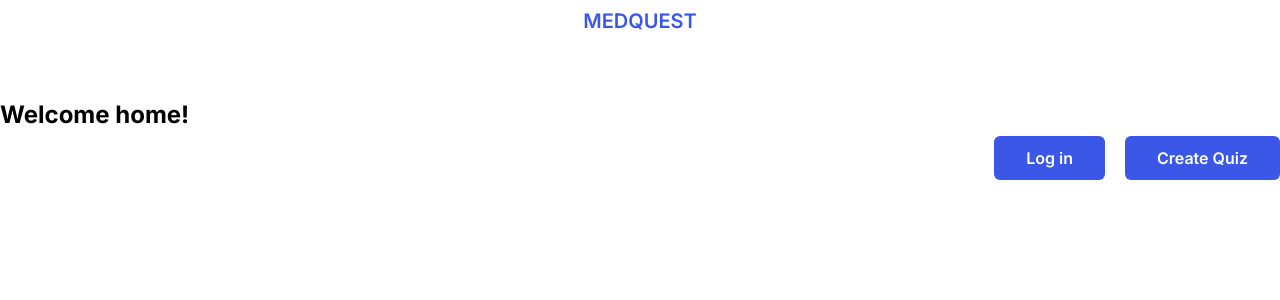
Repository: softmindsol/mediquest-FE
Page: /landing-page
The author's editor kept a copy of each file at every save. The page is drawn from the files as they stood at one save, then again after a run of saves.
The browser window is 1280 px wide. The pictures show the whole page.
The page's requests for data from a server got no answer. The project was rebuilt for these pictures with package versions that can differ from the ones it lists, and the page was loaded fresh each time. No one was signed in, and anything a server would have sent is missing. Also part of the build but not shown: vite.config.js, src/components/Button.jsx, src/components/Footer.jsx, src/schema/auth.schema.js, src/pages/authentication/Login.jsx, src/pages/authentication/SignUp.jsx, src/components/Notification/index.jsx, src/pages/email-confirmation/EmailConfirmation.jsx and 24 more.

Above is the page before, as saved 2024-10-28 15:42:43.

### src/main.jsx
import { StrictMode } from "react";
import { createRoot } from "react-dom/client";
import { Toaster } from "react-hot-toast";
import { Provider } from "react-redux";
import App from "./App.jsx";
import "./index.css";
import store from "./store/index.js";

createRoot(document.getElementById("root")).render(
  <StrictMode>
    <Provider store={store}>
      <Toaster
        position="top-right"
        toastOptions={{
          duration: 4000,
          style: {
            padding: "16px",
            color: "#343A40",
          },
        }}
      />
      <App />
    </Provider>
  </StrictMode>
);

### src/App.jsx
import React, { useEffect } from "react";
import {
  BrowserRouter as Router,
  Routes,
  Route,
  Navigate,
} from "react-router-dom";
import { useDispatch, useSelector } from "react-redux"; // Import useSelector
import Login from "./pages/authentication/Login";
import SignUp from "./pages/authentication/SignUp";
import EmailConfirmation from "./pages/email-confirmation/EmailConfirmation";
import Home from "./pages/Home/Home";
import Question from "./pages/questionstemplate/Questions";
import Settings from "./pages/settings/settings";
import Subscription from "./pages/subscription/Subscription";
import Topic from "./pages/Topic/Topic";
import ProtectedRoute from "./components/ProtectedRoute";
import { verifyToken } from "./store/features/auth/auth.service";
import VerifyEmail from "./pages/authentication/VerifyEmail";
import NonProtectedRoute from "./components/NonProtectedRoute";
import SummaryPage from "./pages/summary/Summary";
import ErrorPage from "./pages/ErrorPage";
import LandingPage from "./pages/landingpage/LandingPage";

function App() {
  const dispatch = useDispatch();
  const isLoggedIn = useSelector((state) => state?.user?.isLoggedIn);

  useEffect(() => {
    if (!isLoggedIn) {
      dispatch(verifyToken());
    }
  }, [dispatch, isLoggedIn]);

  return (
    <Router>
      <Routes>
        <Route
          path="/log-in"
          element={
            <NonProtectedRoute>
              <Login />
            </NonProtectedRoute>
          }
        />
        <Route
          path="/sign-up"
          element={
            <NonProtectedRoute>
              <SignUp />
            </NonProtectedRoute>
          }
        />
        <Route
          path="/email-confirmation"
          element={
            <NonProtectedRoute>
              <EmailConfirmation />
            </NonProtectedRoute>
          }
        />

        <Route
          path="/"
          element={
            <ProtectedRoute>
              <Home />
            </ProtectedRoute>
          }
        />
        <Route
          path="/question-bank"
          element={
            <ProtectedRoute>
              <Topic />
            </ProtectedRoute>
          }
        />
        <Route
          path="/verify-email/:verificationToken"
          element={<VerifyEmail />}
        />
        <Route
          path="/settings"
          element={
            <ProtectedRoute>
              <Settings />
            </ProtectedRoute>
          }
        />
        <Route
          path="/subscription"
          element={
            <ProtectedRoute>
              <Subscription />
            </ProtectedRoute>
          }
        />
        <Route
          path="/question"
          element={
            <ProtectedRoute>
              <Question />
            </ProtectedRoute>
          }
        />
        <Route path="/summary" element={<SummaryPage />} />
        <Route path="/landing-page" element={<LandingPage />} />


        <Route path="*" element={<ErrorPage />} />
      </Routes>
    </Router>
  );
}

export default App;

### src/store/index.js
import { configureStore } from "@reduxjs/toolkit";
import authSlice from "./features/auth/auth.slice";
const store = configureStore({
  reducer: {
    user: authSlice,
  },
});

export default store;

### src/pages/subscription/Subscription.jsx
import { useState } from "react";
import { Description, Dialog, Radio, RadioGroup } from "@headlessui/react";
import { Bars3Icon, XMarkIcon } from "@heroicons/react/24/outline";
import Header from "../../components/Header";
import Footer from "../../components/Footer";
import { HiMiniCheckBadge } from "react-icons/hi2";
import CancellationPolicy from "../../components/CancellationPolicy";

const pricing = {
  frequencies: [
    { value: "monthly", label: "Monthly", priceSuffix: "/month" },
    { value: "yearly", label: "Yearly", priceSuffix: "/year" },
  ],
  tiers: [
    {
      name: "Compare plans",
      Description: "Choose your plan according to your needs",
      id: "tier-comparison",
      features: [
        { name: "Number of Questions" },
        { name: "Monthly Test Creation" },
        { name: "Performance Analytics" },
        { name: "Timed Test Mode" },
        { name: "University-Specific Questions" },
        { name: "24/7 customer support" },
      ],
      isComparison: true,
    },
    {
      name: "Free",
      id: "tier-free",
      price: { monthly: "0", yearly: "0" },
      yearlyPriceSuffix: "MAD",
      features: [
        { name: "4000+ Questions" },
        { name: "Up to 10 (100 Qs max per test)" },
        { name: "—" },
        { name: "—" },
        { name: "—" },
        { name: "—" },
      ],
      buttonText: "Already on this plan",
      buttonDisabled: true,
    },
    {
      name: "Basic",
      id: "tier-basic",
      price: { monthly: "169", yearly: "99" },
      yearlyPriceSuffix: "MAD",
      features: [
        {
          name: (
            <>
              <div>40,000+ Questions</div>
              <div style={{ color: "#858BA0" }}>Pages Add-ons on Demand</div>
            </>
          ),
        },
        { name: "Unlimited" },
        {
          name: (
            <>
              <div>General rankings</div>
              <div>Weekly, Monthly, Semester</div>
            </>
          ),
        },
        {
          name: (
            <HiMiniCheckBadge
              size={22}
              style={{ color: "#3A57E8", margin: "auto" }}
            />
          ),
        },
        { name: "—" },
        { name: "—" },
      ],
      buttonText: "Choose This Plan",
      buttonDisabled: false,
    },
    {
      name: "Pro",
      id: "tier-pro",
      price: { monthly: "319", yearly: "199" },
      yearlyPriceSuffix: "MAD",
      features: [
        {
          name: (
            <>
              <div>80,000+ Questions</div>
              <div style={{ color: "#858BA0" }}>Pages Add-ons on Demand</div>
            </>
          ),
        },
        { name: "Unlimited" },
        {
          name: (
            <>
              <div>Rankings by school and topic</div>
              <div>Weekly, Monthly, Semester</div>
            </>
          ),
        },
        {
          name: (
            <HiMiniCheckBadge
              size={22}
              style={{ color: "#3A57E8", margin: "auto" }}
            />
          ),
        },
        {
          name: (
            <HiMiniCheckBadge
              size={22}
              style={{ color: "#3A57E8", margin: "auto" }}
            />
          ),
        },
        {
          name: (
            <HiMiniCheckBadge
              size={22}
              style={{ color: "#3A57E8", margin: "auto" }}
            />
          ),
        },
      ],
      buttonText: "Choose This Plan",
      buttonDisabled: false,
    },
  ],
};

function classNames(...classes) {
  return classes.filter(Boolean).join(" ");
}

const Subscription = () => {
  const [frequency, setFrequency] = useState(pricing.frequencies[0]);

  return (
    <>
      <Header />
      <div className="bg-gray-900">
        <main>
          {/* Pricing section */}
          <div className="mx-auto mt-12 max-w-screen-xl px-6 lg:px-8">
            <div className="mx-auto max-w-4xl text-center">
              <h1 className="text-title-lg font-semibold text-[#3A57E8]">
                Choose Your Plan
              </h1>
            </div>

            <div className="mt-7 flex justify-center">
              <fieldset aria-label="Payment frequency">
                <RadioGroup
                  value={frequency}
                  onChange={setFrequency}
                  className="grid grid-cols-2 gap-x-1 border rounded-md border-[#3A57E8]"
                >
                  {pricing.frequencies.map((option) => (
                    <Radio
                      key={option.value}
                      value={option}
                      className="cursor-pointer px-8 py-3 data-[checked]:bg-[#3A57E8] data-[checked]:text-white text-title-p font-semibold text-[#3A57E8]"
                    >
                      {option.label}
                    </Radio>
                  ))}
                </RadioGroup>
              </fieldset>
            </div>

            <div className="max-w-screen-xl mx-auto py-6 my-10 overflow-x-auto">
              <table className="min-w-full border-collapse border border-[#E6E9F5]">
                <thead>
                  <tr>
                    {pricing?.tiers?.map((tier) => (
                      <th
                        key={tier.id}
                        className="bg-gray-200 border border-[#E6E9F5]"
                        style={{
                          width: "calc(100% / " + pricing.tiers.length + ")",
                        }}
                      >
                        <div className="p-8">
                          <div
                            className={classNames(
                              tier.name === "Compare plans"
                                ? "font-bold text-[#3A57E8] lg:text-title-md text-left"
                                : "text-[#3A57E8] font-bold lg:text-[40px] text-center"
                            )}
                          >
                            {tier.name}
                          </div>
                          <div className="text-[#858BA0] text-[14px] font-medium text-left">
                            {tier.Description}
                          </div>
                          {tier.isComparison ? null : (
                            <div>
                              <p className="flex justify-center text-[#858BA0] font-medium items-center gap-2 my-4">
                                <span className="text-[14px]">
                                  {tier.yearlyPriceSuffix}
                                </span>
                                <span className="flex items-start justify-start lg:text-[32px]">
                                  {tier.price[frequency.value]}
                                </span>

                                <span>
                                  {pricing.frequencies[0].priceSuffix}
                                </span>
                              </p>

                              <button
                                className={`mt-2 py-2 px-4 rounded ${
                                  tier.buttonDisabled
                                    ? "bg-[#939393] text-white cursor-not-allowed"
                                    : "bg-[#3A57E8] text-white "
                                }`}
                                disabled={tier.buttonDisabled}
                              >
                                {tier.buttonText}
                              </button>
                            </div>
                          )}
                        </div>
                      </th>
                    ))}
                  </tr>
                </thead>

                <tbody>
                  {pricing.tiers[0].features.map((feature, index) => (
                    <tr key={index} className="border border-[#E6E9F5]">
                      {pricing.tiers.map((tier) => (
                        <td
                          key={tier.id}
                          className={classNames(
                            "border font-medium text-[#3A57E8] text border-[#E6E9F5] p-7",
                            tier.name === "Compare plans"
                              ? "font-medium text-[#3A57E8] text-title-xsm text-lest"
                              : "text-[#3A57E8] font-medium text-[14px] text-center"
                          )}
                          style={{
                            width: "calc(100% / " + pricing.tiers.length + ")",
                          }}
                        >
                          {tier.isComparison
                            ? feature.name
                            : tier.features[index].name}
                        </td>
                      ))}
                    </tr>
                  ))}
                </tbody>
              </table>
            </div>
          </div>
        </main>
      </div>
      <CancellationPolicy />
      <Footer />
    </>
  );
};

export default Subscription;

### src/store/features/auth/auth.service.js
import { createAsyncThunk } from "@reduxjs/toolkit";
import toast from "react-hot-toast";
import { apiClient, axiosWithoutToken } from "../../../api";

export const registerUser = createAsyncThunk(
  "registerUser",
  async (data, { rejectWithValue }) => {
    try {
      const response = await apiClient.post("/auth/register", data);

      console.log("Hello", response.data);

      toast.success(response?.data?.message);
      return response.data;
    } catch (error) {
      if (error) {
        toast.error(error?.response?.data?.error);
        return rejectWithValue(error);
      }
    }
  }
);

export const resendMail = createAsyncThunk(
  "resendMail",
  async (id, { rejectWithValue }) => {
    try {
      const response = await apiClient.post(`/auth/resend-mail/${id}`);
      return response.data;
    } catch (error) {
      if (error) {
        return rejectWithValue(error);
      }
    }
  }
);

export const checkMail = createAsyncThunk(
  "checkMail",
  async (id, { rejectWithValue }) => {
    try {
      const response = await apiClient.get(`/auth/check-email/${id}`);

      console.log(response.data);

      return response.data;
    } catch (error) {
      if (error) {
        return rejectWithValue(error);
      }
    }
  }
);

export const loginUser = createAsyncThunk(
  "loginUser",
  async (data, { rejectWithValue }) => {
    try {
      const response = await apiClient.post("/auth/login", data);

      console.log("Hello", response.data);

      toast.success(response?.data?.message);
      return response.data;
    } catch (error) {
      if (error) {
        toast.error(error?.response?.data?.error);
        return rejectWithValue(error);
      }
    }
  }
);

export const changePassword = createAsyncThunk(
  "changePassword",
  async (data, { rejectWithValue }) => {
    try {
      const response = await axiosWithoutToken.post(
        "/users/changePassword",
        data
      );

      toast.success(response?.data?.message);
      return response.data;
    } catch (error) {
      if (error) {
        toast.error(error?.response?.data?.error);
        return rejectWithValue(error);
      }
    }
  }
);

export const logout = createAsyncThunk(
  "logout",
  async (_, { rejectWithValue }) => {
    try {
      const response = await axiosWithoutToken.post("/auth/logout");

      console.log(response.data);

      toast.success(response?.data?.message);
      return response.data;
    } catch (error) {
      if (error) {
        toast.error(error?.response?.data?.error || "Error occured");
        return rejectWithValue(error);
      }
    }
  }
);

export const verifyToken = createAsyncThunk(
  "auth/verifyToken",
  async (_, { rejectWithValue }) => {
    try {
      const response = await axiosWithoutToken.get("/auth/verify-token");

      console.log(response?.data);

      return response?.data?.data?.isLoggedIn;
    } catch (error) {
      console.error("Token verification failed:", error);
      return rejectWithValue(error);
    }
  }
);

export const getCurrentUser = createAsyncThunk(
  "getCurrentUser",
  async (_, { rejectWithValue }) => {
    try {
      const res = await axiosWithoutToken("/auth/getCurrentUser");

      console.log(res.data);
      return res.data.data;
    } catch (error) {
      console.error("Token verification failed:", error);
      return rejectWithValue(error);
    }
  }
);

### src/pages/landingpage/LandingPage.jsx
import React from "react";
import Breadcrumb from "../../components/Breadcrumbs/Breadcrumb";
import DefaultLayout from "../../layouts/DefaultLayout";
import { Link } from "react-router-dom";
import RecentTests from "../../components/RecentTests";
import Progress from "../../components/Progress";
import { useSelector } from "react-redux";
import Header from "../../components/Header";

const LandingPage = () => {
  const isLoggedIn = useSelector((state) => state?.user?.isLoggedIn); // Ensure proper path to user state
  console.log("🚀 ~ Home ~ isLoggedIn:", isLoggedIn);

  return (
    <>
              <Header />

      <Breadcrumb pageName="Welcome home!" />
      <div className="flex justify-end gap-5 mb-8">
        <Link to="/subscription">
          <button className="bg-[#3A57E8] font-semibold text-title-p text-white py-[10px] px-8 rounded-[6px]">
           Log in
          </button>
        </Link>
        <Link to="/topic">
          <button className="bg-[#3A57E8] font-semibold text-title-p text-white py-[10px] px-8 rounded-[6px]">
            Create Quiz
          </button>
        </Link>
      </div>
    </>
  );
};

export default LandingPage;

### src/store/features/auth/auth.slice.js
import { createSlice } from "@reduxjs/toolkit";
import {
  changePassword,
  getCurrentUser,
  loginUser,
  logout,
  registerUser,
  verifyToken,
} from "./auth.service";
const initialState = {
  user: null,
  isLoading: false,
  error: null,
  isLoggedIn: false,
  selectedUser: {},
};

const authSlice = createSlice({
  name: "user",
  initialState,

  extraReducers: (builder) => {
    builder
      .addCase(registerUser.pending, (state) => {
        state.isLoading = true;
        state.error = null;
      })
      .addCase(registerUser.fulfilled, (state, action) => {
        state.user = action.payload;
        state.isLoading = false;
      })
      .addCase(registerUser.rejected, (state, action) => {
        state.isLoading = false;

        state.error = action.payload;
      })
      .addCase(verifyToken.pending, (state) => {
        state.isLoading = true;
        state.error = null;
      })
      .addCase(verifyToken.fulfilled, (state, action) => {
        state.isLoggedIn = action.payload;
        localStorage.setItem("isLoggedIn", action.payload);
        state.isLoading = false;
      })
      .addCase(verifyToken.rejected, (state, action) => {
        state.isLoading = false;
        state.isLoggedIn = false;
        localStorage.removeItem("isLoggedIn");
        state.error = action.payload;
      })

      .addCase(logout.pending, (state) => {
        state.isLoading = true;
        state.error = null;
      })
      .addCase(logout.fulfilled, (state, action) => {
        state.user = null;
        localStorage.removeItem("isLoggedIn");
        state.isLoggedIn = false;
        state.isLoading = false;
      })
      .addCase(logout.rejected, (state, action) => {
        state.isLoading = false;
        state.isLoggedIn = false;
        state.error = action.payload;
      })
      .addCase(loginUser.pending, (state) => {
        state.isLoading = true;
        state.error = null;
      })
      .addCase(loginUser.fulfilled, (state, action) => {
        state.isLoggedIn = true;
        localStorage.setItem("isLoggedIn", true);
        state.isLoading = false;
      })
      .addCase(loginUser.rejected, (state, action) => {
        state.isLoading = false;
        state.error = action.payload;
      })

      .addCase(getCurrentUser.pending, (state) => {
        state.error = null;
      })
      .addCase(getCurrentUser.fulfilled, (state, action) => {
        state.selectedUser = action.payload;
      })
      .addCase(getCurrentUser.rejected, (state, action) => {
        state.error = action.payload;
      });
  },
});

export default authSlice.reducer;

### src/components/Header.jsx
import React from "react";

const Header = () => {
  return (
    <div className="py-2 m-auto text-center">
      <p className="text-title-sm font-semibold text-[#3A57E8]">MEDQUEST</p>
    </div>
  );
};

export default Header;

### src/components/Breadcrumbs/Breadcrumb.jsx
import { Link } from 'react-router-dom';
import PropTypes from 'prop-types';

const Breadcrumb = ({ pageName }) => {
  return (
    <div className="flex flex-col gap-3 sm:flex-row sm:items-center sm:justify-between">
      <h2 className="text-title-md font-bold text-black-2 mt-13">
        {pageName}
      </h2>

      {/* <nav>
        <ol className="flex items-center gap-2">
          <li>
            <Link className="font-medium" to="/">
              Dashboard /
            </Link>
          </li>
          <li className="font-medium text-[#464E5F]">{pageName}</li>
        </ol>
      </nav> */}
    </div>
  );
};

Breadcrumb.propTypes = {
  pageName: PropTypes.string.isRequired,
};

export default Breadcrumb;

### src/api/index.js
import axios from "axios";
import toast from "react-hot-toast";
import { Navigate } from "react-router-dom";

const apiClient = axios.create({
  baseURL: import.meta.env.VITE_API_URL,
  withCredentials: true,
});

const axiosWithoutToken = axios.create({
  baseURL: import.meta.env.VITE_API_URL,
  withCredentials: true,
});

axiosWithoutToken.interceptors.response.use(
  (response) => {
    // Return response if successful
    return response;
  },
  async (error) => {
    const { response } = error;

    if (response && response.data.error === "jwt expired") {
      // Dispatch verifyToken action when a 401 status is received
      await toast.error("Session expired. Please log in again.");
      localStorage.removeItem("isLoggedIn");
      // Redirect to the login page
      setTimeout(() => {
        window.location.href = `${import.meta.env.VITE_FRONTENT_URL}/log-in`;
      }, 1000);
    }

    return Promise.reject(error);
  }
);

// axiosWithoutToken.interceptors.response.use(
//   (response) => response,
//   async (error) => {
//     const originalRequest = error.config;

//     if (
//       error.response &&
//       error.response.status === 401 &&
//       !originalRequest._retry
//     ) {
//       originalRequest._retry = true;

//       try {
//         const response = await axiosWithoutToken.post("/refreshAccessToken");

//         const { accessToken } = response.data;
//         // originalRequest.headers["Authorization"] = `Bearer ${accessToken}`;

//         // Retry the original request with the new access token
//         return axiosWithoutToken(originalRequest);
//       } catch (err) {
//         // Handle errors from the refresh token request
//         return Promise.reject(err);
//       }
//     }

//     // If the error is not due to an expired token, reject the Promise
//     return Promise.reject(error);
//   }
// );

export { axiosWithoutToken, apiClient };

Loaded but not shown: index.html (common file); src/index.css (common file); tailwind.config.js (261 lines, source omitted)

After the next 3 saves:
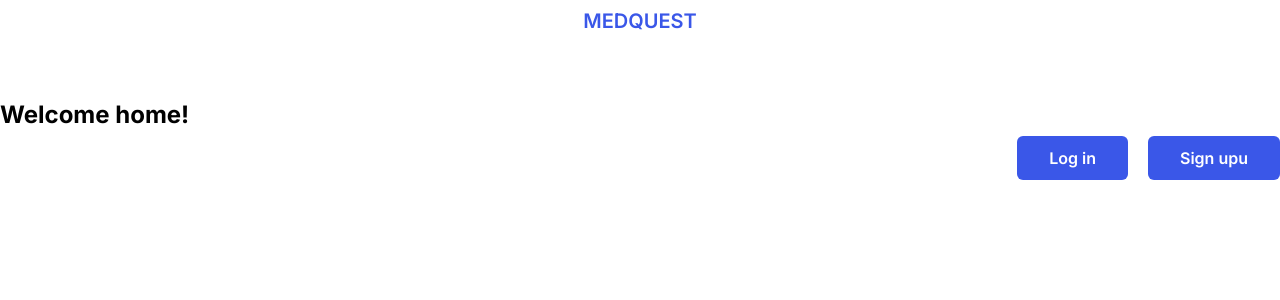
The 3 saves are shown as one change because they came seconds apart.
The last was saved 7 s later.
--- a/src/pages/landingpage/LandingPage.jsx
+++ b/src/pages/landingpage/LandingPage.jsx
@@ -24,8 +24,7 @@
         </Link>
         <Link to="/topic">
           <button className="bg-[#3A57E8] font-semibold text-title-p text-white py-[10px] px-8 rounded-[6px]">
-            Create Quiz
-          </button>
+Sign upu          </button>
         </Link>
       </div>
     </>
